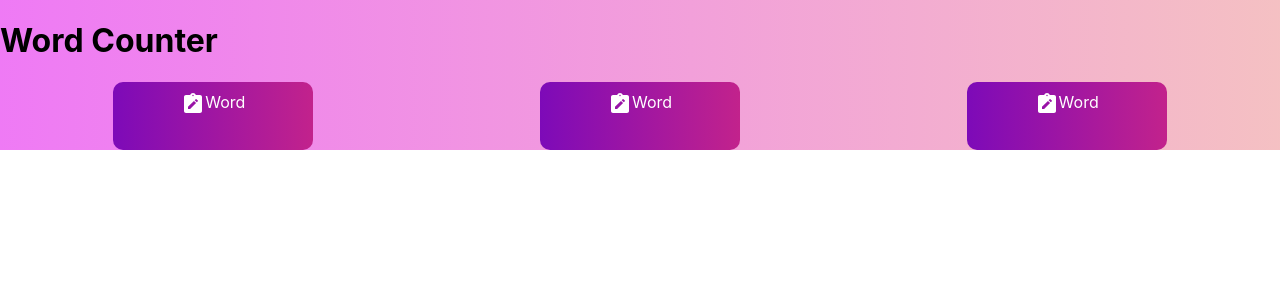
Repository: 123cuongcao/nopbai-basic
Page: /
The author's editor kept a copy of each file at every save. The page is drawn from the files as they stood at one save, then again after the next save.
The browser window is 1280 px wide. The pictures show the whole page.
The project was rebuilt for these pictures with package versions that can differ from the ones it lists, and the page was loaded fresh each time.

Above is the page before, as saved 2023-08-15 11:22:21.

### src/App.js
import logo from './logo.svg';
// import './App.css';
import Index from './components';

function App() {
  return (
    <>
      <Index/>
    </>
  );
}

export default App;

### src/components/index.jsx
import React from "react";
import Box from "./views/box";

export default function Index() {
  return (
    <div
      style={{
        background: "linear-gradient(to right,#e002ec86,#f3b6b9db",
        display:'flex',
        justifyContent:"center",
        flexDirection:'column',
        alignItems:''

      }}
    >
        <h1 >Word Counter</h1>
      <div style={{display: "flex",justifyContent:'space-around'}} >
        <Box />
        <Box />
        <Box />
      </div>
    </div>
  );
}

### src/components/views/box.jsx
import React from 'react'
import NoteAltIcon from '@mui/icons-material/NoteAlt';

export default function Box() {
  return (
    <div style={{background:'linear-gradient(to right,#7D0AB8,#C2228C',width:'200px',display:'flex',justifyContent:'center',color:'#ffff',borderRadius:'10px'}}>
      <div style={{display:'flex',padding:"10px 30px 30px 30px"}}>
      <span><NoteAltIcon/></span>
      <span>Word</span>
      </div>


    </div>
  )
}

Loaded but not shown: public/index.html (common file); src/index.js (common file); src/index.css (common file); src/reportWebVitals.js (common file)

After the next save:
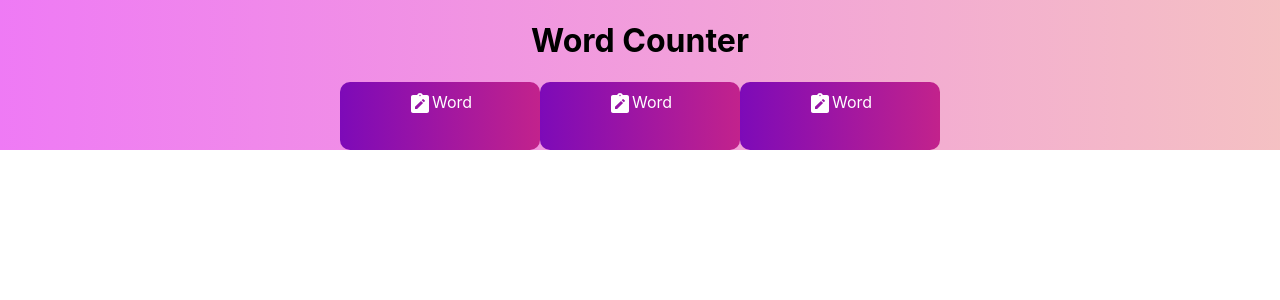
Saved 8 s later.
--- a/src/components/index.jsx
+++ b/src/components/index.jsx
@@ -9,7 +9,7 @@
         display:'flex',
         justifyContent:"center",
         flexDirection:'column',
-        alignItems:''
+        alignItems:'center'
 
       }}
     >
